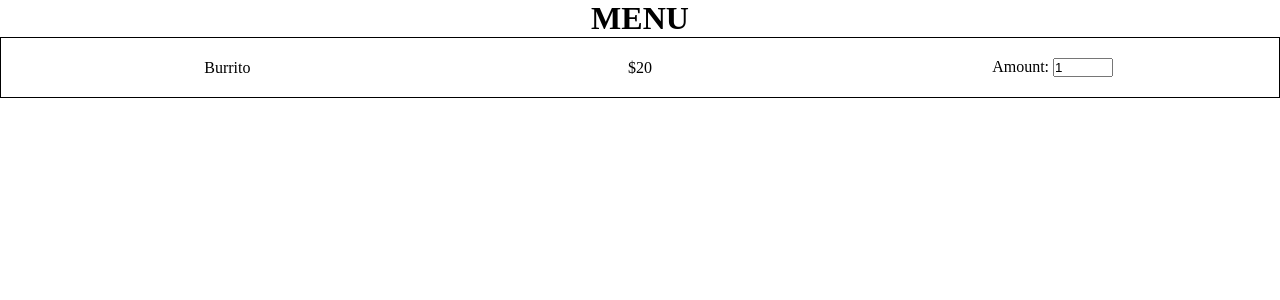
Repository: LamQuocPhu/JungTalent
Page: http://localhost/
These files come from the project's save history. The page is drawn as it stood at one moment and after the next save; the edit follows.
The browser window is 1280 px wide. The pictures show the whole page.
The page is served by the project's Node server (index.js).

Above is the page before, as saved 2023-10-25 22:57:18.

After the next save:
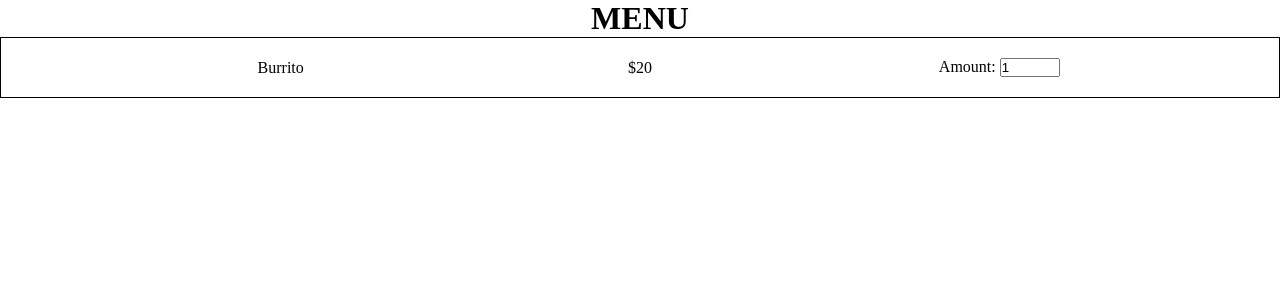
Saved 28 s later.
--- a/public/css/style.css
+++ b/public/css/style.css
@@ -16,7 +16,7 @@
 justify-content: center;
 align-items: center;
 width: 100%;
-padding: 20px;
+padding: 20px 100px;
 }
 .item-name{
 width: 33.33%;

After the 2 saves that followed:
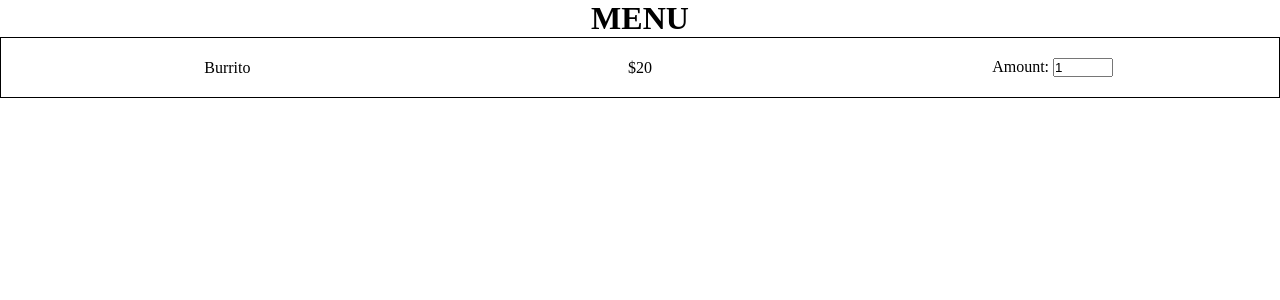
The 2 saves are shown as one change because they came seconds apart.
The last was saved 17 s later.
--- a/public/css/style.css
+++ b/public/css/style.css
@@ -16,7 +16,7 @@
 justify-content: center;
 align-items: center;
 width: 100%;
-padding: 20px 100px;
+padding: 20px;
 }
 .item-name{
 width: 33.33%;
